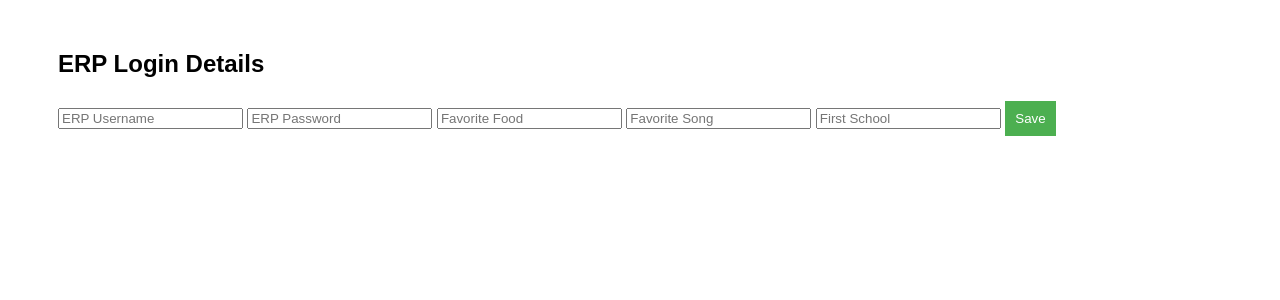
Repository: gopikant21/ERP_AUTO_LOGIN
Page: erp_page.html
These files come from the project's save history. The page is drawn as it stood at one moment and after a run of saves; the edit follows.
The browser window is 1280 px wide. The pictures show the whole page.

Above is the page before, as saved 2024-10-08 23:15:48.

### erp_page.html
<!DOCTYPE html>
<html lang="en">
<head>
  <meta charset="UTF-8">
  <meta name="viewport" content="width=device-width, initial-scale=1.0">
  <title>ERP Credentials</title>
  <style>
    body { font-family: Arial, sans-serif; }
    .form-container { margin: 50px; }
    .input-field { margin: 10px 0; }
    button { padding: 10px; background-color: #4CAF50; color: white; border: none; cursor: pointer; }
  </style>
</head>
<body>
  <div class="form-container">
    <h2>ERP Login Details</h2>
    <input type="text" id="username" placeholder="ERP Username" class="input-field" required>
    <input type="password" id="password" placeholder="ERP Password" class="input-field" required>
    <!-- Additional fields -->
    <input type="text" id="favorite-food" placeholder="Favorite Food" class="input-field" required>
    <input type="text" id="favorite-song" placeholder="Favorite Song" class="input-field" required>
    <input type="text" id="first-school" placeholder="First School" class="input-field" required>
    <button id="saveBtn">Save</button>
    <p id="msg"></p>
  </div>

  <script src="erp.js"></script>
</body>
</html>

### erp.js
document.getElementById('saveBtn').addEventListener('click', async function() {
    const username = document.getElementById('username').value;
    const password = document.getElementById('password').value;
    const food = document.getElementById('favorite-food').value;
    const song = document.getElementById('favorite-song').value;
    const school = document.getElementById('first-school').value;

    const msg = document.getElementById('msg');

    if (username && password && food && song && school) {
      // Send ERP credentials to backend API to save in the database
      const response = await fetch('http://localhost:3000/save-credentials', {
        method: 'POST',
        headers: {
          'Content-Type': 'application/json'
        },
        body: JSON.stringify({ username, password, food, song, school })
      });

      if (response.ok) {
        msg.textContent = 'Credentials saved successfully!';
      } else {
        msg.textContent = 'Failed to save credentials, please try again.';
      }
    } else {
      msg.textContent = 'Please fill in both fields.';
    }
  });

After the next 2 saves:
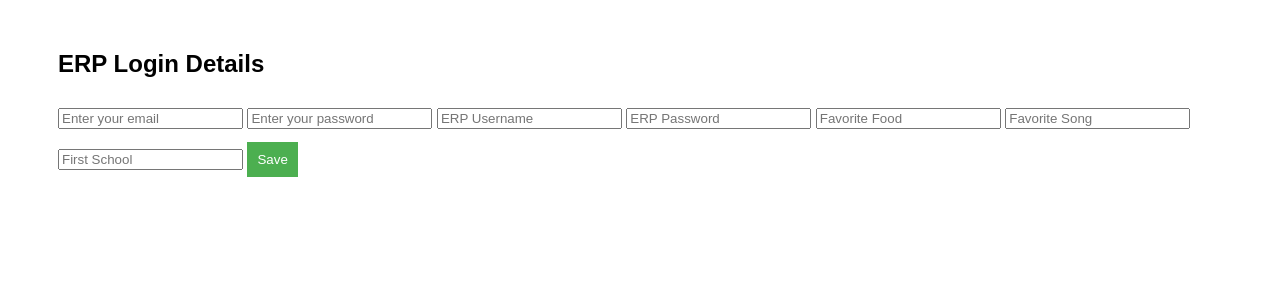
The 2 saves are shown as one change because they came seconds apart.
The last was saved 11 min 5 s later.
--- a/erp_page.html
+++ b/erp_page.html
@@ -14,6 +14,8 @@
 <body>
   <div class="form-container">
     <h2>ERP Login Details</h2>
+    <input type="email" id="email" placeholder="Enter your email" class="input-field">
+    <input type="password" id="password" placeholder="Enter your password" class="input-field">
     <input type="text" id="username" placeholder="ERP Username" class="input-field" required>
     <input type="password" id="password" placeholder="ERP Password" class="input-field" required>
     <!-- Additional fields -->
